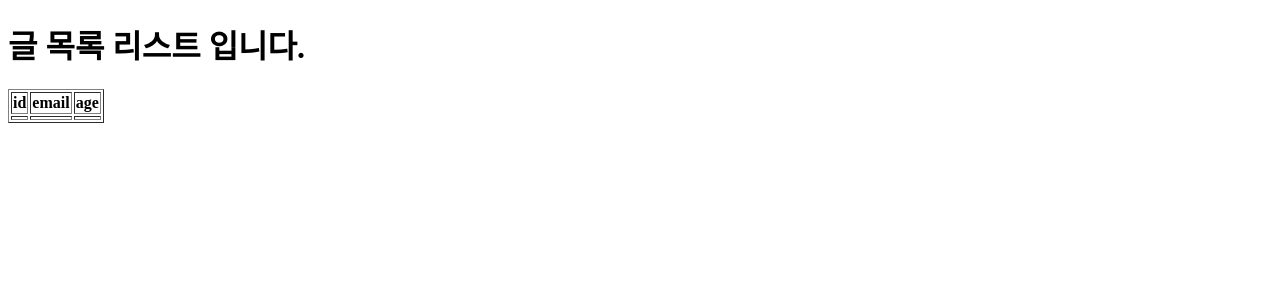
Repository: sujeong1799/JSP
Page: http://localhost/jsp_project/board/list.jsp
An editor plug-in stored every save of this project. The page is shown before and after the next save, followed by the edit.
The browser window is 1280 px wide. The pictures show the whole page.
The page is served by Tomcat 9. Other server files are loaded and not shown.

Above is the page before, as saved 2023-05-16 06:32:25.

### jsp_project2/jsp_project/src/main/webapp/board/list.jsp
<%@ page language="java" contentType="text/html; charset=UTF-8"
    pageEncoding="UTF-8"%>
<!DOCTYPE html>
<html>
<head>
<meta charset="UTF-8">
<title>글 목록 리스트</title>
</head>
<body>

<h1>글 목록 리스트 입니다.</h1>
<table border="1">

		<thead>
			<tr align="center">
				<th>id</th>
				<th>email</th>
				<th>age</th>
			</tr>
		</thead>
		<tbody>
			<c:forEach items="${list }" var="list">
				<tr align="center">
					<td>${list.id }</td>
					<td>${list.email }</td>
					<td>${list.age }</td>
				</tr>
			</c:forEach>
		</tbody>
	</table>


</body>
</html>

After the next save:
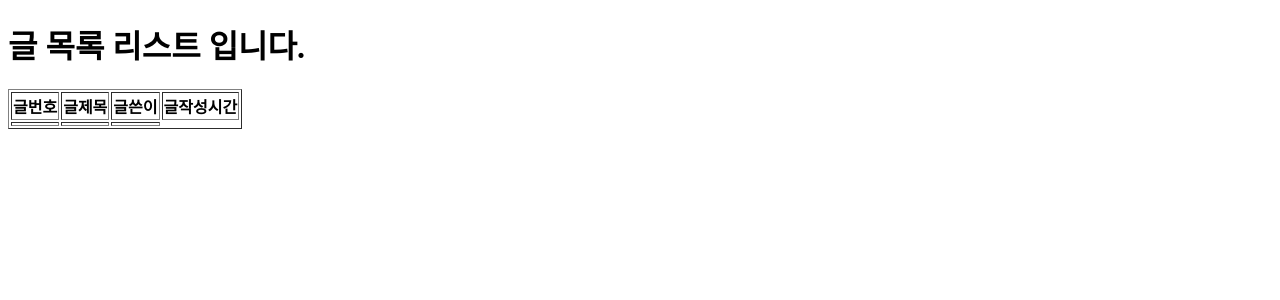
Saved 23 s later.
--- a/jsp_project2/jsp_project/src/main/webapp/board/list.jsp
+++ b/jsp_project2/jsp_project/src/main/webapp/board/list.jsp
@@ -13,9 +13,10 @@
 
 		<thead>
 			<tr align="center">
-				<th>id</th>
-				<th>email</th>
-				<th>age</th>
+				<th>글번호</th>
+				<th>글제목</th>
+				<th>글쓴이</th>
+				<th>글작성시간</th>
 			</tr>
 		</thead>
 		<tbody>
